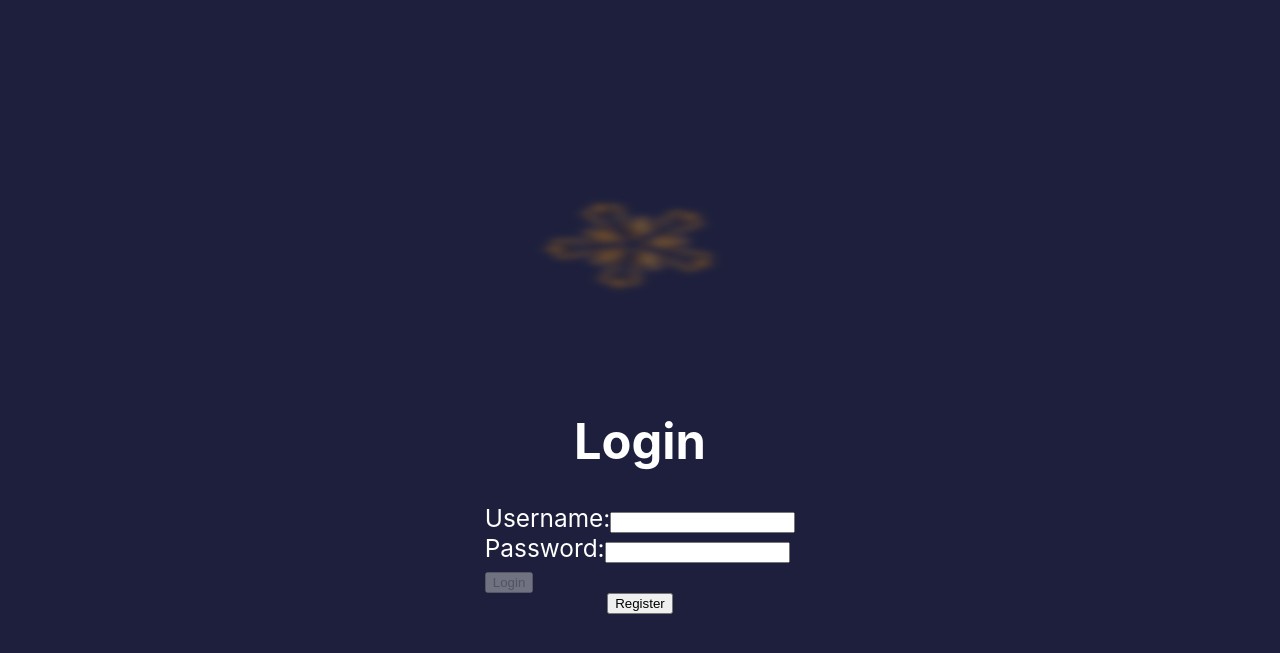
Repository: iMlearnDinG/react-app-v2
Page: /
These files come from the project's save history. The page is drawn as it stood at one moment and after the next save; the edit follows.
The browser window is 1280 px wide. The pictures show the whole page.
The page's requests for data from a server got no answer. The project was rebuilt for these pictures with package versions that can differ from the ones it lists, and the page was loaded fresh each time. No one was signed in, and anything a server would have sent is missing. Also part of the build but not shown: src/components/Register.js, src/components/Lobby.js, src/components/Game.js, src/components/Menu.js. Imported but missing from the stored project, and not drawn on this page: src/media/video.mp4.

Above is the page before, as saved 2023-07-19 02:43:07.

### src/index.js
import React from 'react';
import ReactDOM from 'react-dom/client';
import './index.css';
import App from './App';
import reportWebVitals from './reportWebVitals';

ReactDOM.createRoot(document.getElementById('root')).render(
  <React.StrictMode>
    <App />
  </React.StrictMode>,
);

// If you want to start measuring performance in your app, pass a function
// to log results (for example: reportWebVitals(console.log))
// or send to an analytics endpoint. Learn more: https://bit.ly/CRA-vitals
reportWebVitals();

### src/App.js
import React, { useContext, useEffect } from 'react';
import { BrowserRouter as Router, Routes, Route, useNavigate } from 'react-router-dom';
import { AuthProvider, AuthContext } from './config/AuthContext';
import Login from './components/Login';
import Register from './components/Register';
import Lobby from './components/Lobby';
import Game from './components/Game';
import Menu from './components/Menu';
import SessionRenewal from './SessionRenewal';

function PrivateRoute({ children }) {
  const { user, loading } = useContext(AuthContext);
  const navigate = useNavigate();

  useEffect(() => {
    if (!loading && !user) {
      navigate('/login', { replace: true });
    }
  }, [loading, user, navigate]);

  if (loading) {
    return <div>Loading...</div>;
  }

  if (!user) {
    return null;
  }

  return children;
}

function App() {
  return (
    <Router>
      <div className="App">
        <AuthProvider>
          <Routes>
            <Route path="/" element={<Login />} />
            <Route path="/login" element={<Login />} />
            <Route path="/register" element={<Register />} />
            <Route path="/lobby" element={<PrivateRoute><Lobby /></PrivateRoute>} />
            <Route path="/game" element={<PrivateRoute><Game /></PrivateRoute>} />
            <Route path="/menu" element={<PrivateRoute><Menu /></PrivateRoute>} />
          </Routes>
        </AuthProvider>
      </div>
    </Router>
  );
}

export default SessionRenewal(App);

### src/config/AuthContext.js
import React, { createContext, useState, useEffect } from 'react';

export const AuthContext = createContext();

export function AuthProvider({ children }) {
  const [user, setUser] = useState(null);
  const [loading, setLoading] = useState(true);

  useEffect(() => {
    // Fetch the current user from the server and update state
    const fetchUser = async () => {
      const response = await fetch(`${process.env.REACT_APP_API_BASE_URL}/auth`, {
        credentials: 'include',
      });
      const data = await response.json();
      if (data.success) {
        setUser(data.data.user);
      }
      setLoading(false);
    };
    fetchUser();
  }, []);

  const value = { user, setUser, loading };

  return <AuthContext.Provider value={value}>{children}</AuthContext.Provider>;
}

### src/components/Login.js
import React, { useState, useContext } from 'react';
import { useNavigate } from 'react-router-dom';
import { AuthContext } from '../config/AuthContext';
import "../css/login.css";
import loginImage0 from "../media/login-image.png";
import loginImage1 from "../media/login-image1.png";
import backgroundVideo from "../media/video.mp4";

function Login() {
  const navigate = useNavigate();
  const { setUser } = useContext(AuthContext);
  const [username, setUsername] = useState('');
  const [password, setPassword] = useState('');
  const [isSubmitting, setIsSubmitting] = useState(false);
  const [error, setError] = useState(null);

  const handleSubmit = async (e) => {
    e.preventDefault();
    setIsSubmitting(true);
    setError(null);

    const response = await fetch(`${process.env.REACT_APP_API_BASE_URL}/login`, {
      method: 'POST',
      headers: { 'Content-Type': 'application/json' },
      body: JSON.stringify({ username, password }),
      credentials: 'include',
    });

    const data = await response.json();
    setIsSubmitting(false);
    if (data.success) {
      setUser(data.data.user);
      navigate('/menu');
    } else {
      setError(data.error);
    }
  };


  const handleInputChange = async (e) => {
    const { name, value } = e.target;
    if (name === 'username') {
      setUsername(value);
    } else if (name === 'password') {
      setPassword(value);
    }
  };

  const isFormValid = username !== '' && password !== '';

  const handleRegisterClick = async () => {
    navigate('/register');
  };

  return (
    <div className="login-header">
      <img id="login-image0" src={loginImage0} alt="Login" className="login-image0" />
      <h1>Login</h1>
      {error && <p>{error}</p>}
      <form onSubmit={handleSubmit}>
        <div>
          <label htmlFor="username">Username:</label>
          <input
            type="text"
            id="username"
            name="username"
            value={username}
            onChange={handleInputChange}
          />
        </div>
        <div>
          <label htmlFor="password">Password:</label>
          <input
            type="password"
            id="password"
            name="password"
            value={password}
            onChange={handleInputChange}
          />
        </div>
        <button type="submit" disabled={!isFormValid || isSubmitting}>
          Login
        </button>
      </form>
      <button onClick={handleRegisterClick}>Register</button>
    </div>
  );
}

export default Login;

### src/SessionRenewal.js
import React, { useEffect, useRef } from 'react';

function SessionRenewal(WrappedComponent) {
  return function WrappedWithSessionRenewal(props) {
    const activityDetected = useRef(false);

    useEffect(() => {
      let timeoutId;

      const renewSession = () => {
        fetch('/api/renew-session', {
          method: 'POST',
          credentials: 'include', // Include cookies in the request
        })
        .then(res => res.json())
        .then((data) => {
          if (!data.success) {
            console.error('Session renewal failed:', data.error);
          }
        })
        .catch((error) => {
          console.error('Error:', error);
        });
      };

      const resetTimeout = () => {
        console.log('User activity detected');
        if (timeoutId) {
          clearTimeout(timeoutId);
        }
        timeoutId = setTimeout(renewSession, 1); // 5 minutes
      };

      const activityHandler = () => {
        activityDetected.current = true;
      };

      window.addEventListener('mousemove', activityHandler);
      window.addEventListener('keydown', activityHandler);
      window.addEventListener('click', activityHandler);
      window.addEventListener('input', activityHandler);

      const intervalId = setInterval(() => {
        if (activityDetected.current) {
          resetTimeout();
          activityDetected.current = false;
        }
      }, 225000);

      return () => {
        window.removeEventListener('mousemove', activityHandler);
        window.removeEventListener('keydown', activityHandler);
        window.removeEventListener('click', activityHandler);
        window.removeEventListener('input', activityHandler);
        clearTimeout(timeoutId);
        clearInterval(intervalId);
      };
    }, []);

    return <WrappedComponent {...props} />;
  };
}

export default SessionRenewal;

### src/css/login.css
.login-header {
    background-color: rgb(29, 31, 60);
    min-height: 100vh;
    display: flex;
    flex-direction: column;
    align-items: center;
    justify-content: center;
    font-size: calc(10px + 2vmin);
    color: white;
    overflow: hidden;
  }


  .login-image0 {
    width: 35vh;
    margin-bottom: 1vh;
    opacity: 1;
    animation: rotateBack 14s;
    animation-fill-mode: forwards;
    transform-style: preserve-3d;
    transform: rotateX(360deg) rotateY(360deg) rotateZ(360deg);
    transition-duration: 3s;
    filter: blur(0);
    margin-top: 2vh;
    overflow: hidden;
  }

  .login-image0.fade-in {
    opacity: 1;
  }

  .login-image0:hover {
    filter: blur(10px);
  }

  .login-image0:hover::before {
    opacity: 1;
  }

  .login-image0::before {
    content: '';
    position: relative;
    top: 0;
    left: 0;
    width: 100%;
    height: 100%;
    background: rgba(0, 0, 0, 0.2);
    pointer-events: none;
    transition-duration: 5s;
    opacity: 0;
  }

  @keyframes rotateBack {
    0% {
      opacity: 0;
      transform: rotateX(180deg) rotateY(0deg) rotateZ(360deg) scale(0.1);
      perspective: 25px;
      filter: blur(25px);
    }
    100% {
      opacity: 1;
      transform: rotateX(0deg) rotateY(0deg) rotateZ(0deg) scale(1);
      perspective: 0px;
    }
  }

Loaded but not shown: public/index.html (common file); src/index.css (common file); src/reportWebVitals.js (common file)

After the next save:
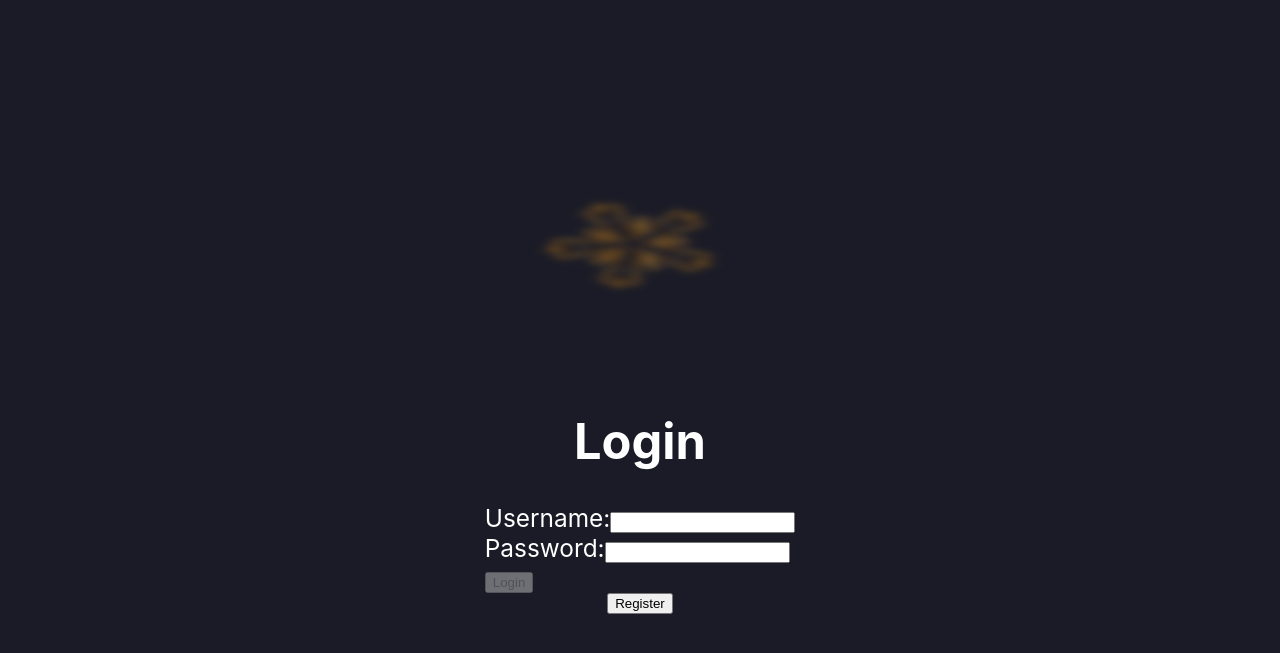
Saved 74 s later.
--- a/src/css/login.css
+++ b/src/css/login.css
@@ -1,5 +1,5 @@
 .login-header {
-    background-color: rgb(29, 31, 60);
+    background-color: rgb(26, 27, 38);
     min-height: 100vh;
     display: flex;
     flex-direction: column;
